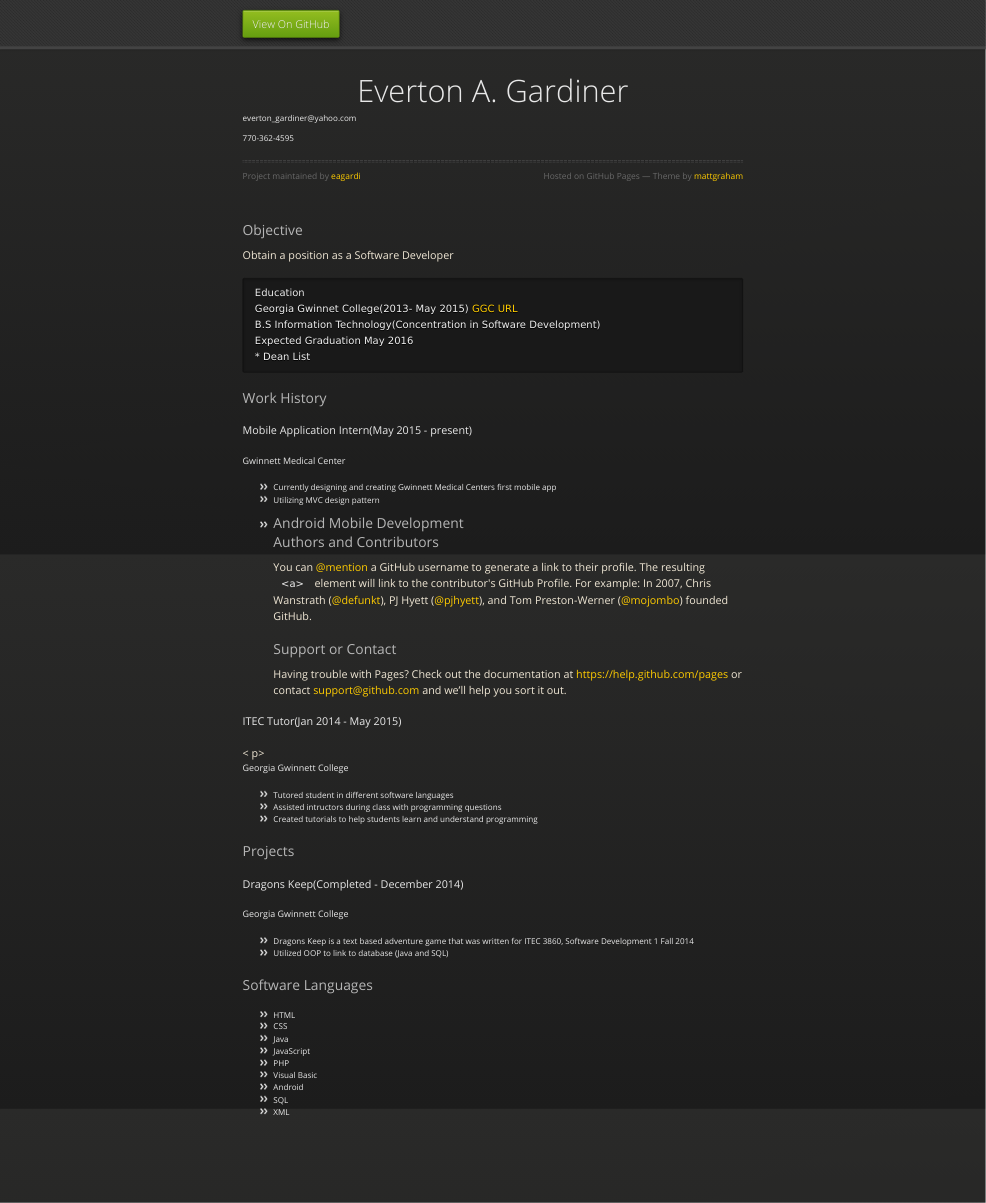
Repository: eagardi/eagardi.github.io
Page: index.html
The author's editor kept a record of every edit. The page is drawn from the files as they stood at one moment, then again after the next edit.
The browser window is 1280 px wide. The pictures show the whole page, at 77% of full size.
Backgrounds fixed to the window are drawn as part of the page. Some web libraries are served in a nearby version.

Above is the page before.

### index.html
<!doctype html>
<html>
  <head>
    <meta charset="utf-8">
    <meta http-equiv="X-UA-Compatible" content="chrome=1">
    <title>Online Resume</title>
    <link rel="stylesheet" href="stylesheets/styles.css">
    <link rel="stylesheet" href="stylesheets/pygment_trac.css">
    <script src="https://ajax.googleapis.com/ajax/libs/jquery/1.7.1/jquery.min.js"></script>
    <script src="javascripts/respond.js"></script>
    <!--[if lt IE 9]>
      <script src="//html5shiv.googlecode.com/svn/trunk/html5.js"></script>
    <![endif]-->
    <!--[if lt IE 8]>
    <link rel="stylesheet" href="stylesheets/ie.css">
    <![endif]-->
    <meta name="viewport" content="width=device-width, initial-scale=1, user-scalable=no">

  </head>
  <body>
      <div id="header">
        <nav>
          <li class="fork"><a href="https://github.com/eagardi">View On GitHub</a></li>
        </nav>
      </div><!-- end header -->

    <div class="wrapper">

      <section>
        <div id="title">
          <h1>Everton A. Gardiner</h1>
          <h6>everton_gardiner@yahoo.com</h6> <h6>770-362-4595</h6>
          <p></p>
          <hr>
          <span class="credits right">Hosted on GitHub Pages &mdash; Theme by <a href="https://twitter.com/michigangraham">mattgraham</a></span> <span class="credits left">Project maintained by <a href="https://github.com/eagardi">eagardi</a></span>

        </div>

        <h3>
<a id="welcome-to-github-pages" class="anchor" href="#welcome-to-github-pages" aria-hidden="true"><span class="octicon octicon-link"></span></a>Objective</h3>

<p>Obtain a position as a Software Developer</p>

<pre><code>Education
Georgia Gwinnet College(2013- May 2015)<a href=" http://www.ggc.edu/ "> GGC URL</a>
B.S Information Technology(Concentration in Software Development)
Expected Graduation May 2016
* Dean List
</code></pre>

<h3>
<a id="designer-templates" class="anchor" href="#designer-templates" aria-hidden="true"><span class="octicon octicon-link"></span></a>Work History</h3>

<p><h4>Mobile Application Intern(May 2015 - present)</h4></p>
<p><h5>Gwinnett Medical Center</h5></p>
<ul>
  <h6>
<li>Currently designing and creating Gwinnett Medical Centers first mobile app</l1>
<li>Utilizing MVC design pattern</li>

<h3><li>Android Mobile Development</li>
<a id="authors-and-contributors" class="anchor" href="#authors-and-contributors" aria-hidden="true"><span class="octicon octicon-link"></span></a>Authors and Contributors</h3>

<p>You can <a href="https://github.com/blog/821" class="user-mention">@mention</a> a GitHub username to generate a link to their profile. The resulting <code>&lt;a&gt;</code> element will link to the contributor's GitHub Profile. For example: In 2007, Chris Wanstrath (<a href="https://github.com/defunkt" class="user-mention">@defunkt</a>), PJ Hyett (<a href="https://github.com/pjhyett" class="user-mention">@pjhyett</a>), and Tom Preston-Werner (<a href="https://github.com/mojombo" class="user-mention">@mojombo</a>) founded GitHub.</p>

<h3>
<a id="support-or-contact" class="anchor" href="#support-or-contact" aria-hidden="true"><span class="octicon octicon-link"></span></a>Support or Contact</h3>

<p>Having trouble with Pages? Check out the documentation at <a href="https://help.github.com/pages">https://help.github.com/pages</a> or contact <a href="mailto:support@github.com">support@github.com</a> and we’ll help you sort it out.</p>  </h6>

</ul>
<p><h4>ITEC Tutor(Jan 2014 - May 2015)</h4></p>
<   <!--[if !IE]><script>fixScale(document);</script><![endif]-->p><h5>Georgia Gwinnett College</h5></p>
<ul>
  <h6>
<li>Tutored student in different software languages</l1>
<li>Assisted intructors during class with programming questions</li>
<li>Created tutorials to help students learn and understand programming</li>
  </h6>

</ul>

<h3>
<a id="designer-templates" class="anchor" href="#designer-templates" aria-hidden="true"><span class="octicon octicon-link"></span></a>Projects</h3>

<p><h4>Dragons Keep(Completed - December 2014)</h4></p>
<p><h5>Georgia Gwinnett College</h5></p>
<ul>
  <h6>
  <li>Dragons Keep is a text based adventure game that was written for ITEC 3860, Software Development 1 Fall 2014</li>
  <li>Utilized OOP to link to database (Java and SQL)</li>

  </h6>


</ul>





<h3>
<a id="rather-drive-stick" class="anchor" href="#rather-drive-stick" aria-hidden="true"><span class="octicon octicon-link"></span></a>Software Languages</h3>

<p><ul>
  <h6>
  <li>HTML</li>
  <li>CSS</li>
  <li>Java</li>
  <li>JavaScript</li>
  <li>PHP</li>
  <li>Visual Basic</li>
  <li>Android</li>
  <li>SQL</li>
  <li>XML</li>
  </h6>
</ul></p>



      </section>

    </div>


  </body>
</html>

### stylesheets/pygment_trac.css
.highlight .hll { background-color: #404040 }
.highlight  { color: #d0d0d0 }
.highlight .c { color: #999999; font-style: italic } /* Comment */
.highlight .err { color: #a61717; background-color: #e3d2d2 } /* Error */
.highlight .g { color: #d0d0d0 } /* Generic */
.highlight .k { color: #6ab825; font-weight: normal } /* Keyword */
.highlight .l { color: #d0d0d0 } /* Literal */
.highlight .n { color: #d0d0d0 } /* Name */
.highlight .o { color: #d0d0d0 } /* Operator */
.highlight .x { color: #d0d0d0 } /* Other */
.highlight .p { color: #d0d0d0 } /* Punctuation */
.highlight .cm { color: #999999; font-style: italic } /* Comment.Multiline */
.highlight .cp { color: #cd2828; font-weight: normal } /* Comment.Preproc */
.highlight .c1 { color: #999999; font-style: italic } /* Comment.Single */
.highlight .cs { color: #e50808; font-weight: normal; background-color: #520000 } /* Comment.Special */
.highlight .gd { color: #d22323 } /* Generic.Deleted */
.highlight .ge { color: #d0d0d0; font-style: italic } /* Generic.Emph */
.highlight .gr { color: #d22323 } /* Generic.Error */
.highlight .gh { color: #ffffff; font-weight: normal } /* Generic.Heading */
.highlight .gi { color: #589819 } /* Generic.Inserted */
.highlight .go { color: #cccccc } /* Generic.Output */
.highlight .gp { color: #aaaaaa } /* Generic.Prompt */
.highlight .gs { color: #d0d0d0; font-weight: normal } /* Generic.Strong */
.highlight .gu { color: #ffffff; text-decoration: underline } /* Generic.Subheading */
.highlight .gt { color: #d22323 } /* Generic.Traceback */
.highlight .kc { color: #6ab825; font-weight: normal } /* Keyword.Constant */
.highlight .kd { color: #6ab825; font-weight: normal } /* Keyword.Declaration */
.highlight .kn { color: #6ab825; font-weight: normal } /* Keyword.Namespace */
.highlight .kp { color: #6ab825 } /* Keyword.Pseudo */
.highlight .kr { color: #6ab825; font-weight: normal } /* Keyword.Reserved */
.highlight .kt { color: #6ab825; font-weight: normal } /* Keyword.Type */
.highlight .ld { color: #d0d0d0 } /* Literal.Date */
.highlight .m { color: #3677a9 } /* Literal.Number */
.highlight .s { color: #9dd5f1 } /* Literal.String */
.highlight .na { color: #bbbbbb } /* Name.Attribute */
.highlight .nb { color: #24909d } /* Name.Builtin */
.highlight .nc { color: #447fcf; text-decoration: underline } /* Name.Class */
.highlight .no { color: #40ffff } /* Name.Constant */
.highlight .nd { color: #ffa500 } /* Name.Decorator */
.highlight .ni { color: #d0d0d0 } /* Name.Entity */
.highlight .ne { color: #bbbbbb } /* Name.Exception */
.highlight .nf { color: #447fcf } /* Name.Function */
.highlight .nl { color: #d0d0d0 } /* Name.Label */
.highlight .nn { color: #447fcf; text-decoration: underline } /* Name.Namespace */
.highlight .nx { color: #d0d0d0 } /* Name.Other */
.highlight .py { color: #d0d0d0 } /* Name.Property */
.highlight .nt { color: #6ab825;} /* Name.Tag */
.highlight .nv { color: #40ffff } /* Name.Variable */
.highlight .ow { color: #6ab825; font-weight: normal } /* Operator.Word */
.highlight .w { color: #666666 } /* Text.Whitespace */
.highlight .mf { color: #3677a9 } /* Literal.Number.Float */
.highlight .mh { color: #3677a9 } /* Literal.Number.Hex */
.highlight .mi { color: #3677a9 } /* Literal.Number.Integer */
.highlight .mo { color: #3677a9 } /* Literal.Number.Oct */
.highlight .sb { color: #9dd5f1 } /* Literal.String.Backtick */
.highlight .sc { color: #9dd5f1 } /* Literal.String.Char */
.highlight .sd { color: #9dd5f1 } /* Literal.String.Doc */
.highlight .s2 { color: #9dd5f1 } /* Literal.String.Double */
.highlight .se { color: #9dd5f1 } /* Literal.String.Escape */
.highlight .sh { color: #9dd5f1 } /* Literal.String.Heredoc */
.highlight .si { color: #9dd5f1 } /* Literal.String.Interpol */
.highlight .sx { color: #ffa500 } /* Literal.String.Other */
.highlight .sr { color: #9dd5f1 } /* Literal.String.Regex */
.highlight .s1 { color: #9dd5f1 } /* Literal.String.Single */
.highlight .ss { color: #9dd5f1 } /* Literal.String.Symbol */
.highlight .bp { color: #24909d } /* Name.Builtin.Pseudo */
.highlight .vc { color: #40ffff } /* Name.Variable.Class */
.highlight .vg { color: #40ffff } /* Name.Variable.Global */
.highlight .vi { color: #40ffff } /* Name.Variable.Instance */
.highlight .il { color: #3677a9 } /* Literal.Number.Integer.Long */

Loaded but not shown: javascripts/respond.js (778 lines, source omitted); stylesheets/styles.css (851 lines, source omitted)

After the next edit:
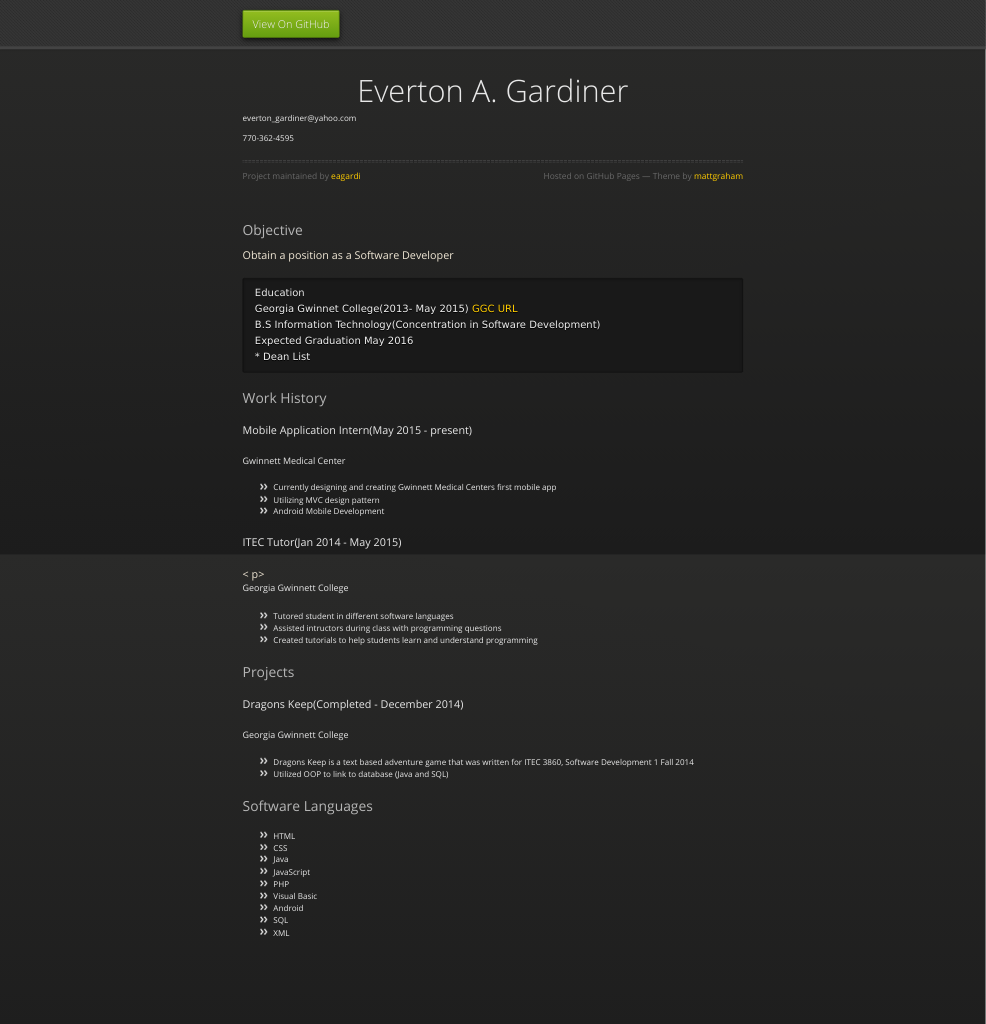
The edit:
--- a/index.html
+++ b/index.html
@@ -57,16 +57,8 @@
   <h6>
 <li>Currently designing and creating Gwinnett Medical Centers first mobile app</l1>
 <li>Utilizing MVC design pattern</li>
-
-<h3><li>Android Mobile Development</li>
-<a id="authors-and-contributors" class="anchor" href="#authors-and-contributors" aria-hidden="true"><span class="octicon octicon-link"></span></a>Authors and Contributors</h3>
-
-<p>You can <a href="https://github.com/blog/821" class="user-mention">@mention</a> a GitHub username to generate a link to their profile. The resulting <code>&lt;a&gt;</code> element will link to the contributor's GitHub Profile. For example: In 2007, Chris Wanstrath (<a href="https://github.com/defunkt" class="user-mention">@defunkt</a>), PJ Hyett (<a href="https://github.com/pjhyett" class="user-mention">@pjhyett</a>), and Tom Preston-Werner (<a href="https://github.com/mojombo" class="user-mention">@mojombo</a>) founded GitHub.</p>
-
-<h3>
-<a id="support-or-contact" class="anchor" href="#support-or-contact" aria-hidden="true"><span class="octicon octicon-link"></span></a>Support or Contact</h3>
-
-<p>Having trouble with Pages? Check out the documentation at <a href="https://help.github.com/pages">https://help.github.com/pages</a> or contact <a href="mailto:support@github.com">support@github.com</a> and we’ll help you sort it out.</p>  </h6>
+<li>Android Mobile Development</li>
+  </h6>
 
 </ul>
 <p><h4>ITEC Tutor(Jan 2014 - May 2015)</h4></p>
